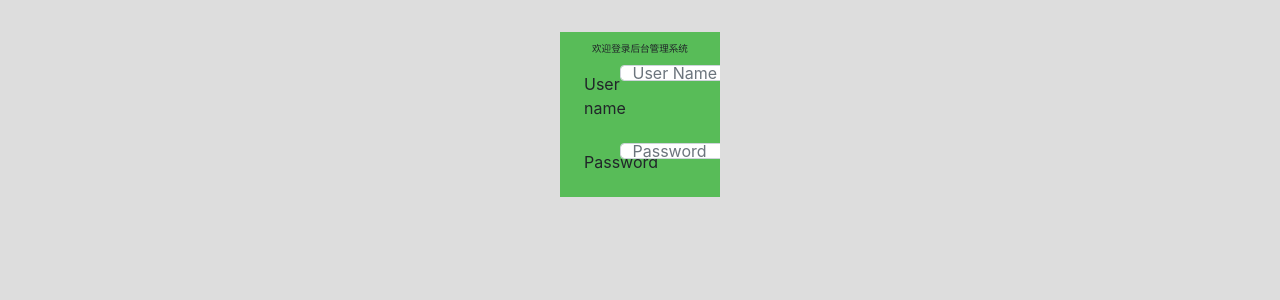
Repository: gzh51904/baiyangApp
Page: / (app in houtai/Vue-admin/)
An editor plug-in stored every save of this project. The page is shown before and after the next save, followed by the edit.
The browser window is 1280 px wide. The pictures show the whole page.
The project was rebuilt for these pictures with package versions that can differ from the ones it lists, and the page was loaded fresh each time. Also part of the build but not shown: houtai/Vue-admin/vue.config.js.

Above is the page before, as saved 2019-05-11 10:15:24.

After the next save:
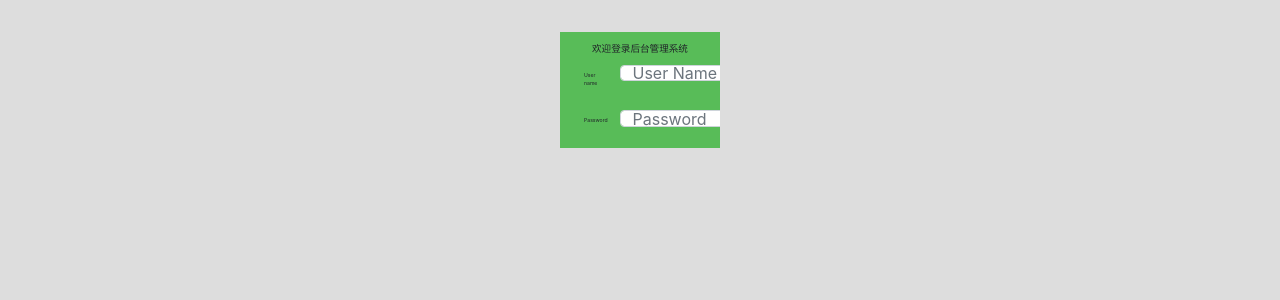
Saved 79 s later.
--- a/houtai/Vue-admin/src/pages/login.vue
+++ b/houtai/Vue-admin/src/pages/login.vue
@@ -42,6 +42,9 @@ export default {
     .login-form{
         width:7rem;
         margin:0px auto;
+        label{
+            font-size: .32rem;
+        }
         input{
            height: 1.013333rem;
            width:9.32rem;
